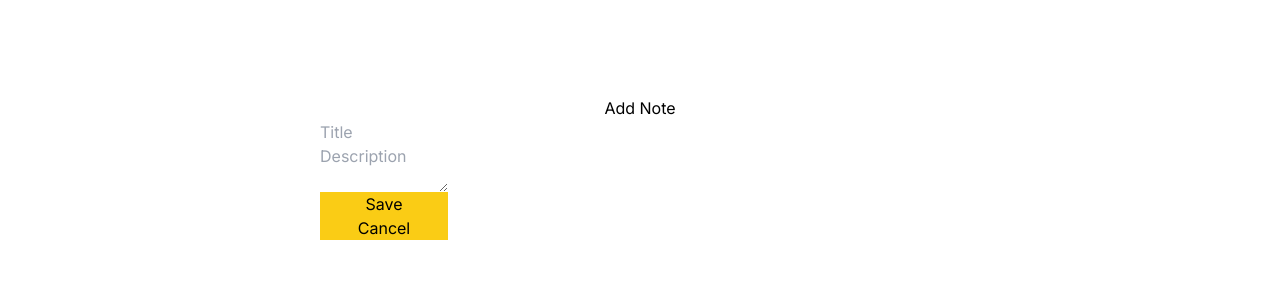
Repository: drumsmanku/next-and-nest-note-taker
Page: / (app in client/), after clicking the first element matching `button`
The author's editor kept a copy of each file at every save. The page is drawn from the files as they stood at one save, then again after the next save.
The browser window is 1280 px wide. The pictures show the whole page.
The page's requests for data from a server got no answer. The project was rebuilt for these pictures with package versions that can differ from the ones it lists, and the page was loaded fresh each time. The framework's server and built-in components were replaced by stand-ins that run in the browser. No one was signed in, and anything a server would have sent is missing. Also part of the build but not shown: client/next.config.mjs.

Above is the page before, as saved 2024-03-14 12:41:04.

After the next save:
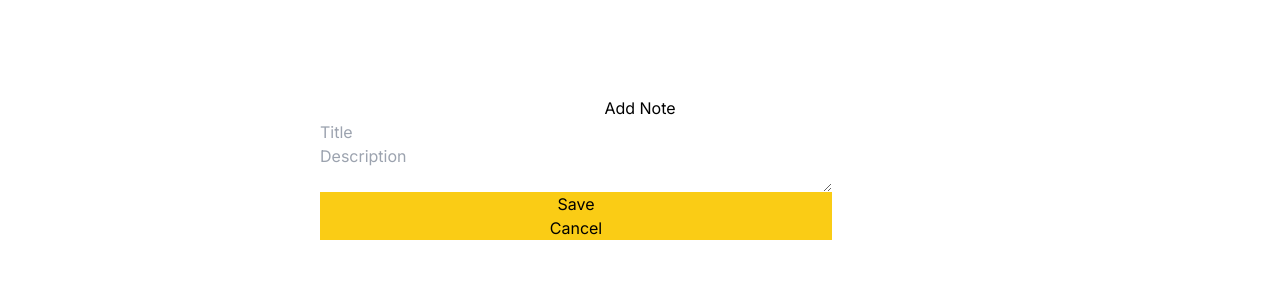
Saved 8 s later.
--- a/client/app/components/NotesComponent.tsx
+++ b/client/app/components/NotesComponent.tsx
@@ -77,7 +77,7 @@ const NotesComponent: React.FC = () => {
       <button  onClick={() => setShowCreatePopup(true)}>Add Note</button>
       <div className='flex flex-col w-[50%]'>
         {showCreatePopup && (
-          <div className='flex flex-col w-[20%]  bg-yellow-400'>
+          <div className='flex flex-col w-[80%]  bg-yellow-400'>
             <input
               type="text"
               placeholder="Title"
